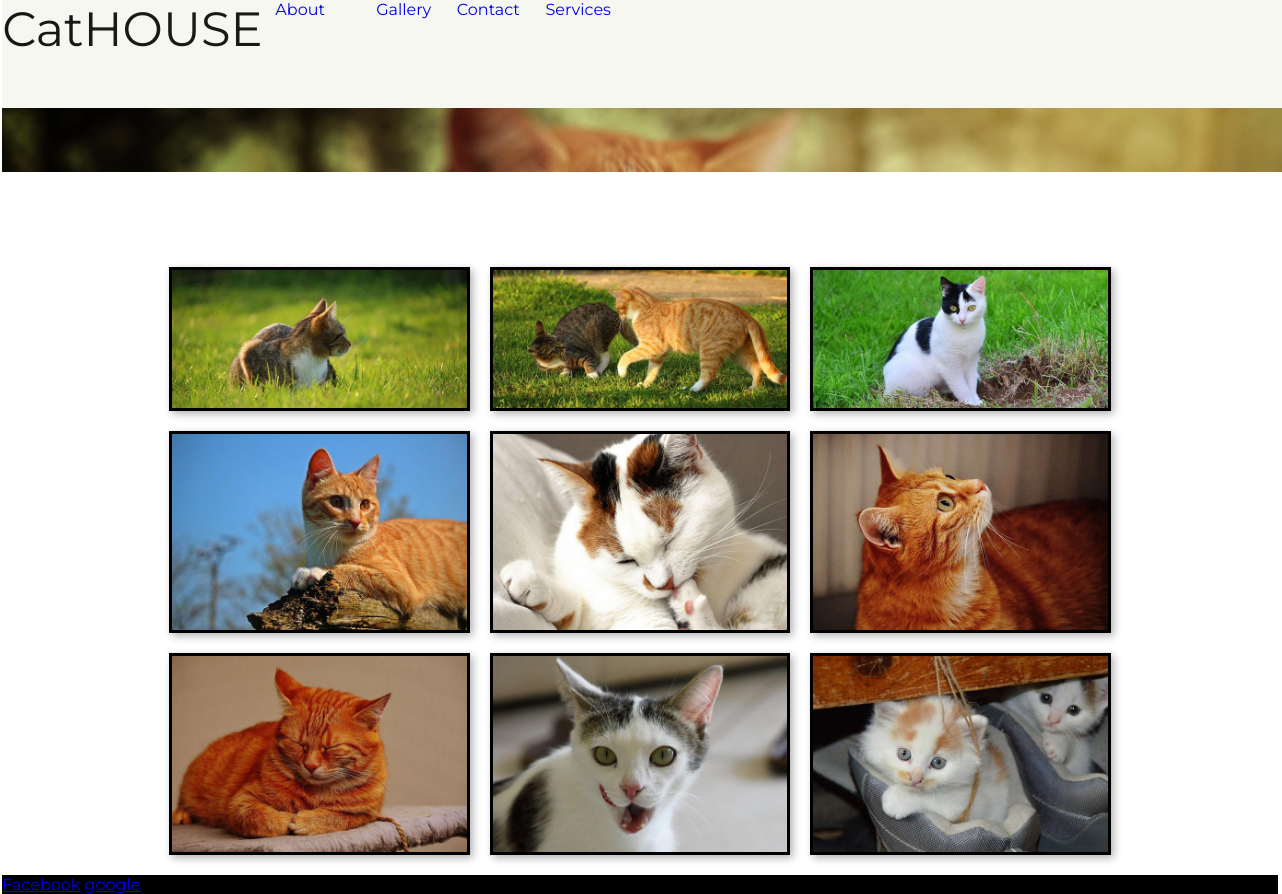
Repository: raul4264/final
Page: Gallery.html
An editor plug-in stored every save of this project. The page is shown before and after the next save, followed by the edit.
The browser window is 1280 px wide. The page is 1282 px wide, so the pictures cover 1282 px, including what lies to the right of the window. The pictures show the whole page.

Above is the page before, as saved 2021-03-23 12:06:36.

After the next save:
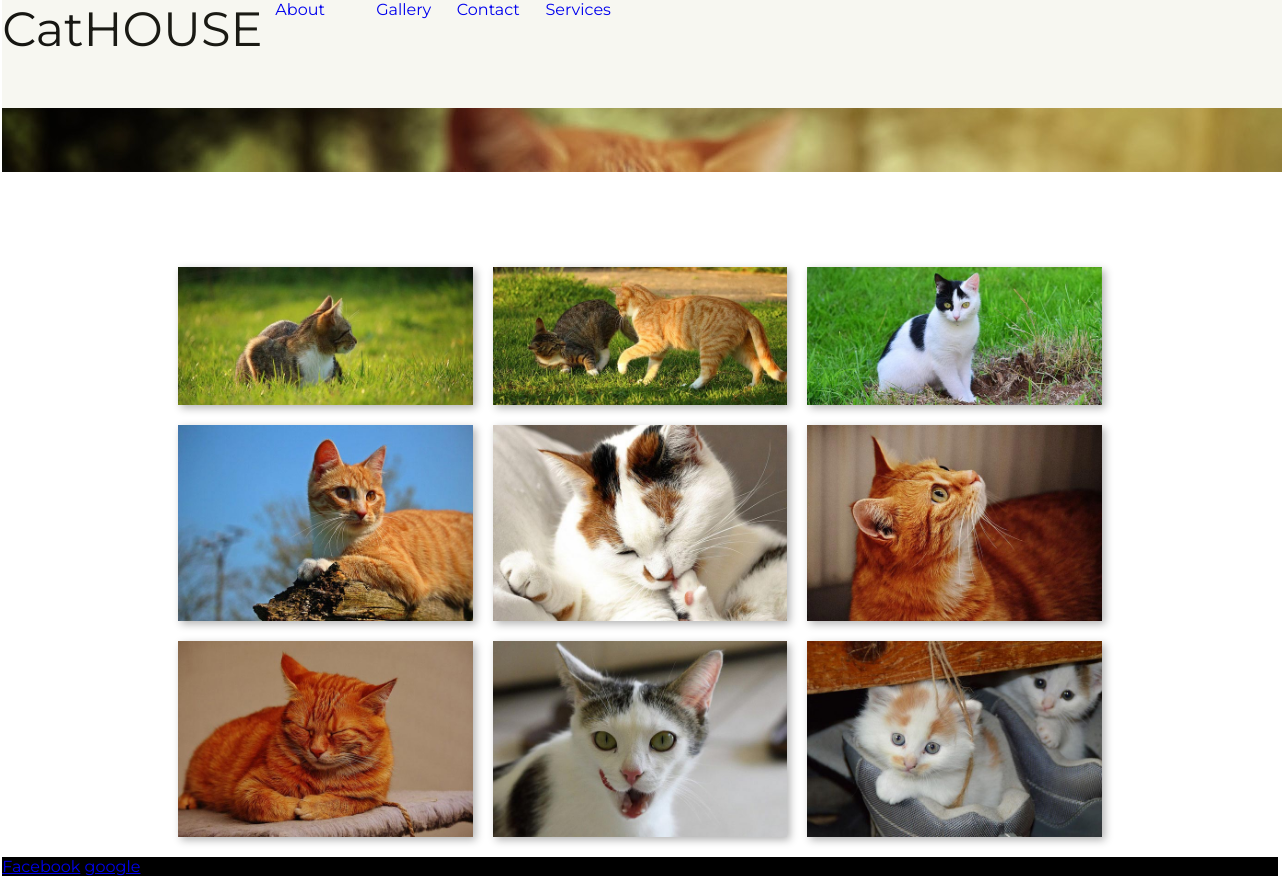
Saved 29 s later.
--- a/css/gallery.css
+++ b/css/gallery.css
@@ -92,7 +92,7 @@ main {
   }
   .cards img {
     margin: 10px;
-    border: 3px solid #000;
+    /* border: 3px solid #000; */
     box-shadow: 3px 3px 8px 0px rgba(0,0,0,0.3);
     max-width: 23vw;
   }
